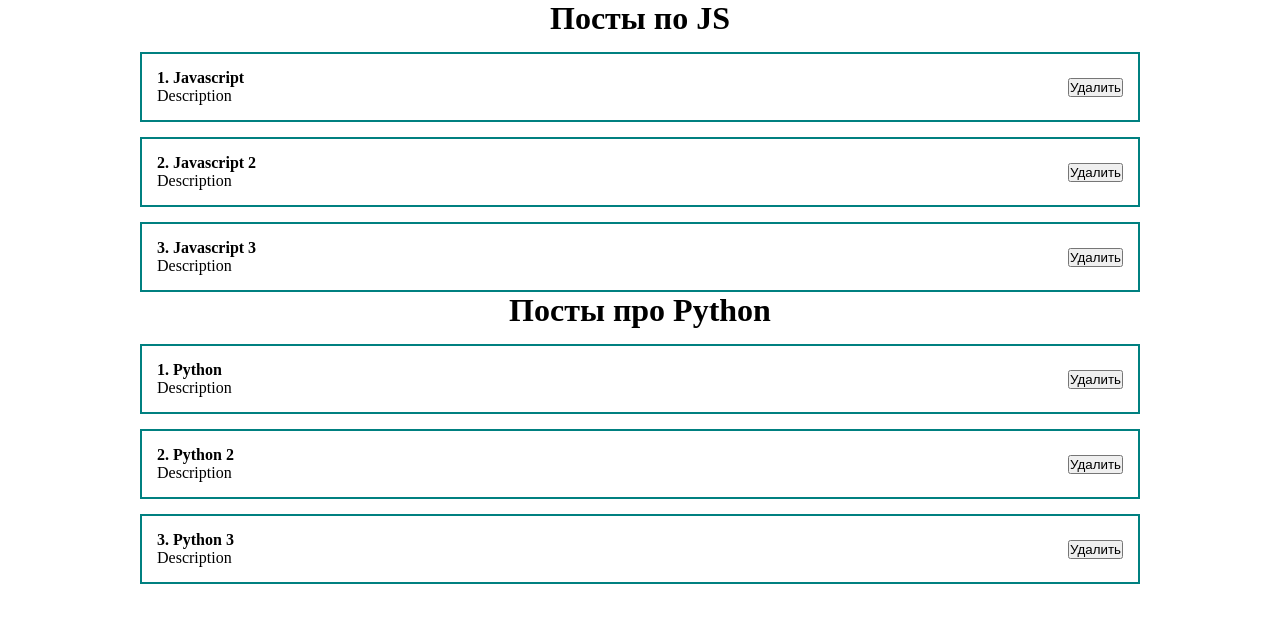
Repository: otvertka/ulb
Page: /
These files come from the project's save history. The page is drawn as it stood at one moment and after the next save; the edit follows.
The browser window is 1280 px wide. The pictures show the whole page.
The project was rebuilt for these pictures with package versions that can differ from the ones it lists, and the page was loaded fresh each time. Also part of the build but not shown: src/components/Counter.jsx, src/components/ClassCounter.jsx.

Above is the page before, as saved 2023-06-10 13:31:15.

After the next save:
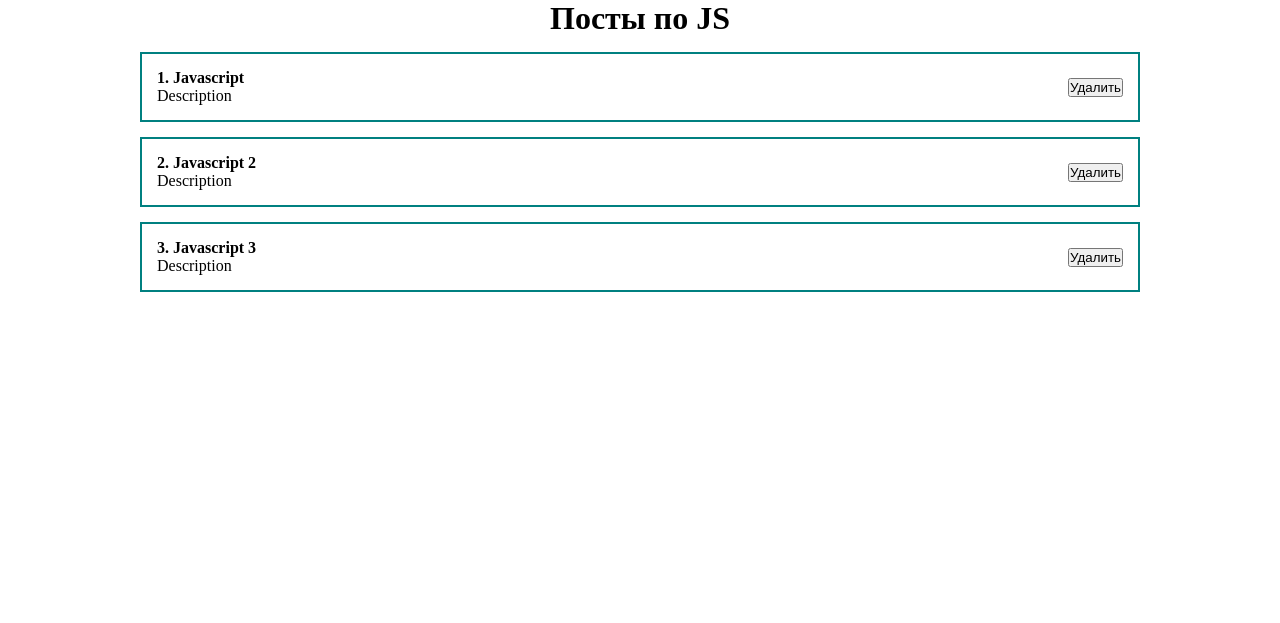
Saved 63 s later.
--- a/src/App.js
+++ b/src/App.js
@@ -11,16 +11,11 @@ function App() {
     { id: 2, title: "Javascript 2", body: "Description" },
     { id: 3, title: "Javascript 3", body: "Description" },
   ]);
-  const [posts2, setPosts2] = useState([
-    { id: 1, title: "Python", body: "Description" },
-    { id: 2, title: "Python 2", body: "Description" },
-    { id: 3, title: "Python 3", body: "Description" },
-  ]);
+
   // импортируем компонент
   return (
     <div className="App">
       <PostList posts={posts} title="Посты по JS" />
-      <PostList posts={posts2} title="Посты про Python" />
     </div>
   );
 }
